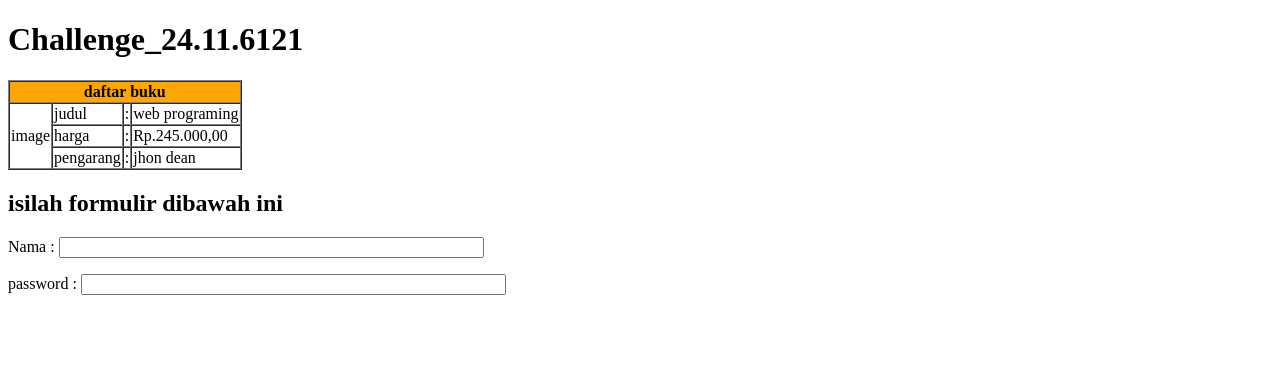
Repository: Tepen-com/challenge_24.11.6121_p4
Page: index.html
The author's editor kept a copy of each file at every save. The page is drawn from the files as they stood at one save, then again after the next save.
The browser window is 1280 px wide. The pictures show the whole page.

Above is the page before, as saved 2026-04-20 11:03:32.

### index.html
<!DOCTYPE html>
<html lang="eng">
    <head>
        <meta charset="UTF-8">
        <meta name="viewport" content="width=device-width , initiave">
        <title>p1
        </title>

    </head>
    <body>
        <h1>Challenge_24.11.6121</h1>
        <table border="1" cellspacing="0">
            <tr>
                <th colspan="4" bgcolor="orange"> daftar buku</th>
            </tr>
            <tr>
                <td rowspan="4"> image
                </td>
                <td>
                    judul
                </td>
                <td>
                    :
                </td>
                <td>
                    web programing
                </td>
            </tr>
            <tr>
                <td>harga</td>
                <td>:</td>
                <td>Rp.245.000,00</td>
            </tr>
            <tr>
                <td>pengarang</td>
                <td>:</td>
                <td>jhon dean</td>
            </tr>
        </table>
        <h2>isilah formulir dibawah ini</h2>
        <p>Nama : <input type="text" value="" size="50"></p>
        <p>password : <input type="text" value="" size="50"></p>
    </body>


</html>

After the next save:
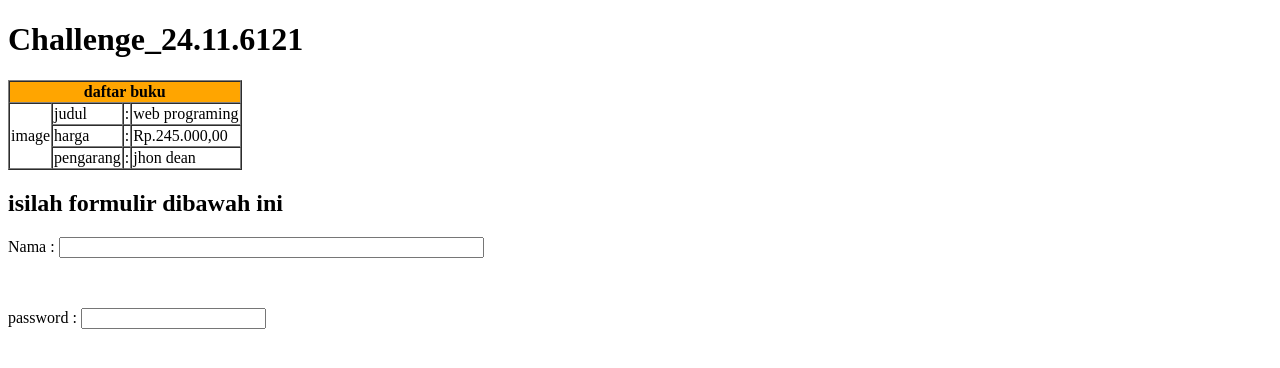
Saved 4 min 17 s later.
--- a/index.html
+++ b/index.html
@@ -38,8 +38,8 @@
             </tr>
         </table>
         <h2>isilah formulir dibawah ini</h2>
-        <p>Nama : <input type="text" value="" size="50"></p>
-        <p>password : <input type="text" value="" size="50"></p>
+        <p>Nama : <input type="text" value="" size="50"></p> <br>
+        <p>password : <input type="password" size="20"></p>
     </body>
 
 
